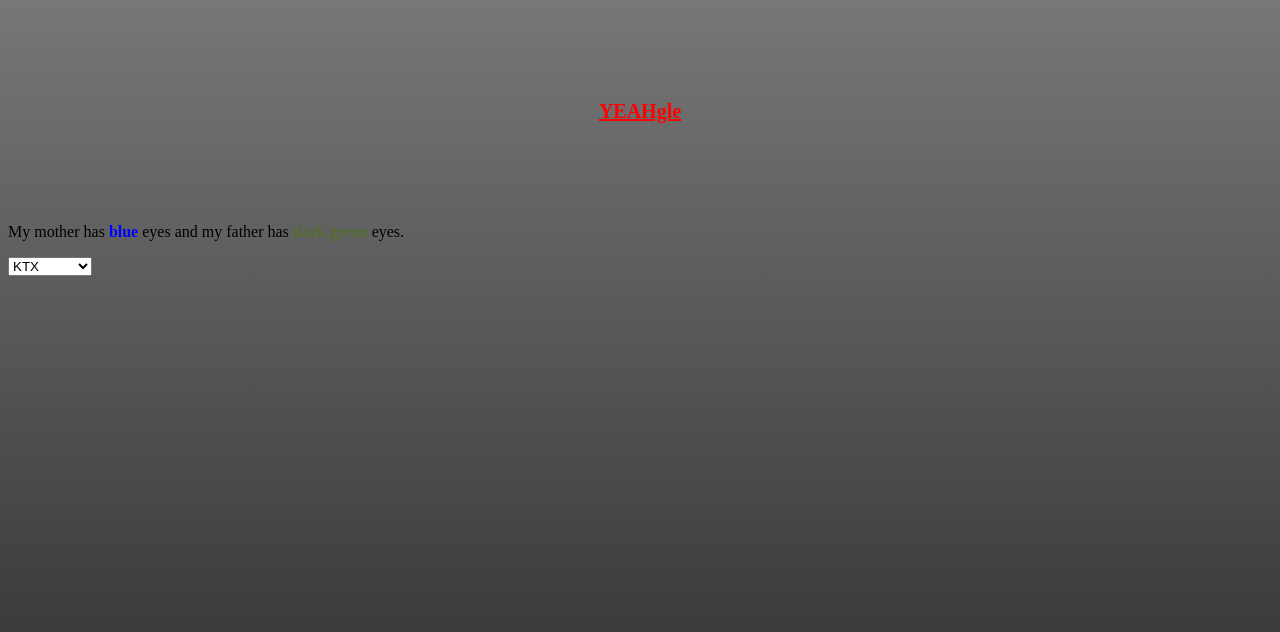
Repository: PareutPareut/frontend
Page: markDowns/htmlCssStudy/htmlGo.html
These files come from the project's save history. The page is drawn as it stood at one moment and after the next save; the edit follows.
The browser window is 1280 px wide. The pictures show the whole page.

Above is the page before, as saved 2023-11-28 15:35:26.

### markDowns/htmlCssStudy/htmlGo.html
<!doctype html>
<html lang="ko">
  <head>

    <meta charset="utf-8" />
    <title>my first web page!</title>
    <link rel="stylesheet" href="./htmlCssStudy/styles/style.css">

  </head>

  <body>

    <h1>YEAHgle</h1>

    <p>My mother has <span style="color:blue;font-weight:bold">blue</span>
      eyes and my father has <span style="color:darkolivegreen;font-weight:bold">dark green</span> eyes.</p>

    <select>
      <option value="ktx">KTX</option>
      <option value="itx">ITX 새마을</option>
      <option value="mugung">무궁화호</option>
    </select>

  </body>
</html>

### markDowns/htmlCssStudy/styles/style.css
@charset "UTF-8"; /*외부 스타일 시트 파일 내에서만 사용하는 문자가 깨지는 것을 방지*/

h1{
    color : red;
    font-size : 20px;
    margin: 50px;
    padding: 50px; /*margin, padding으로 여백 만들기*/
    text-align: center;
    text-decoration: underline;
}

body{
    background: linear-gradient(#777777, #333333 ) fixed;
}

After the next save:
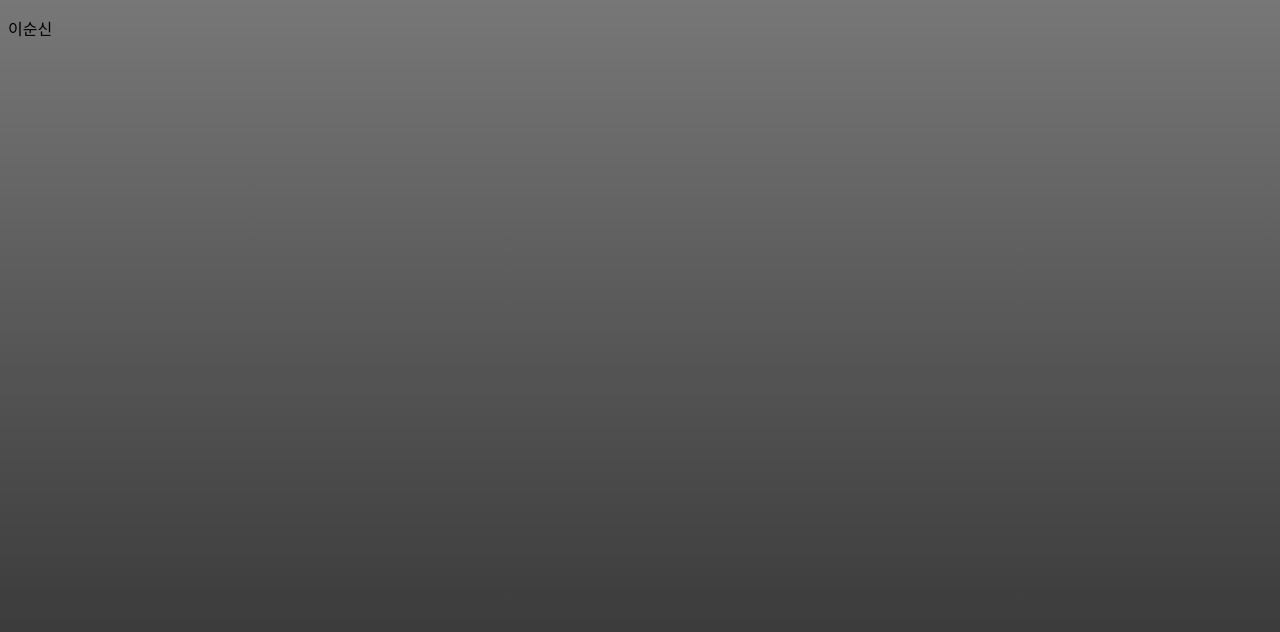
Saved 4 min 0 s later.
--- a/markDowns/htmlCssStudy/htmlGo.html
+++ b/markDowns/htmlCssStudy/htmlGo.html
@@ -10,16 +10,10 @@
 
   <body>
 
-    <h1>YEAHgle</h1>
-
-    <p>My mother has <span style="color:blue;font-weight:bold">blue</span>
-      eyes and my father has <span style="color:darkolivegreen;font-weight:bold">dark green</span> eyes.</p>
-
-    <select>
-      <option value="ktx">KTX</option>
-      <option value="itx">ITX 새마을</option>
-      <option value="mugung">무궁화호</option>
-    </select>
+    <p id="name">홍길동</p>
+<script>
+    document.getElementById('name').innerHTML="이순신"
+</script>
 
   </body>
 </html>

After the 2 saves that followed:
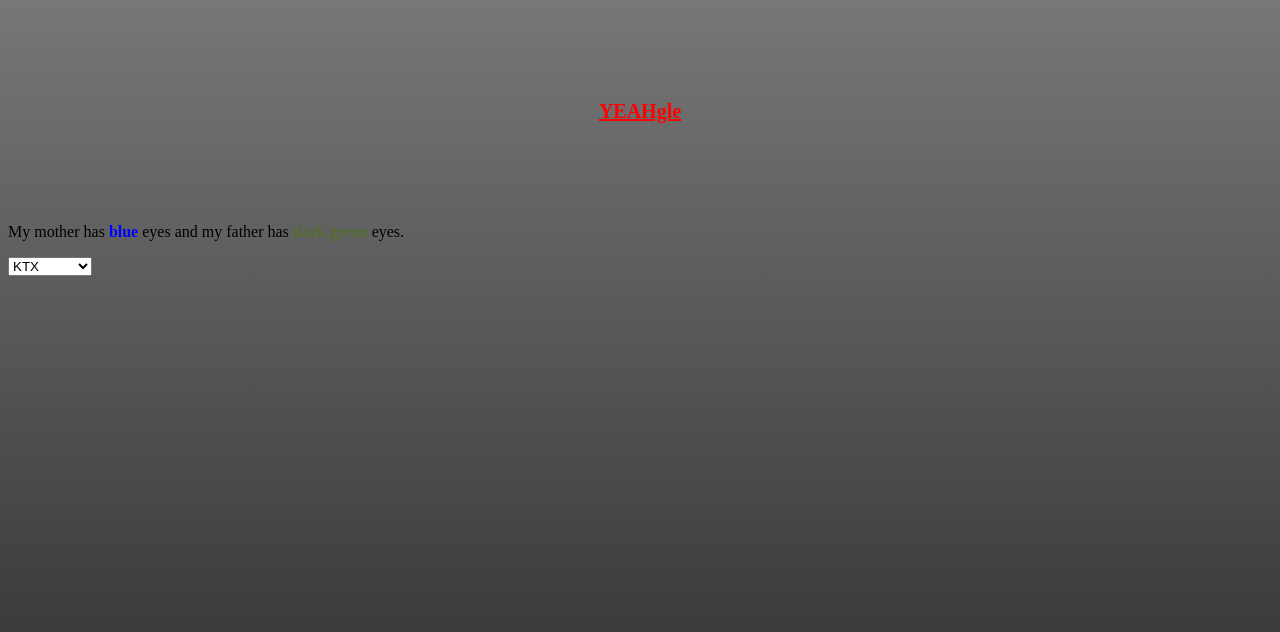
The 2 saves are shown as one change because 1 left the picture as it was.
The last was saved 103 s later.
--- a/markDowns/htmlCssStudy/htmlGo.html
+++ b/markDowns/htmlCssStudy/htmlGo.html
@@ -10,10 +10,16 @@
 
   <body>
 
-    <p id="name">홍길동</p>
-<script>
-    document.getElementById('name').innerHTML="이순신"
-</script>
+    <h1>YEAHgle</h1>
+
+    <p>My mother has <span style="color:blue;font-weight:bold">blue</span>
+      eyes and my father has <span style="color:darkolivegreen;font-weight:bold">dark green</span> eyes.</p>
+
+    <select>
+      <option value="ktx">KTX</option>
+      <option value="itx">ITX 새마을</option>
+      <option value="mugung">무궁화호</option>
+    </select>
 
   </body>
 </html>
